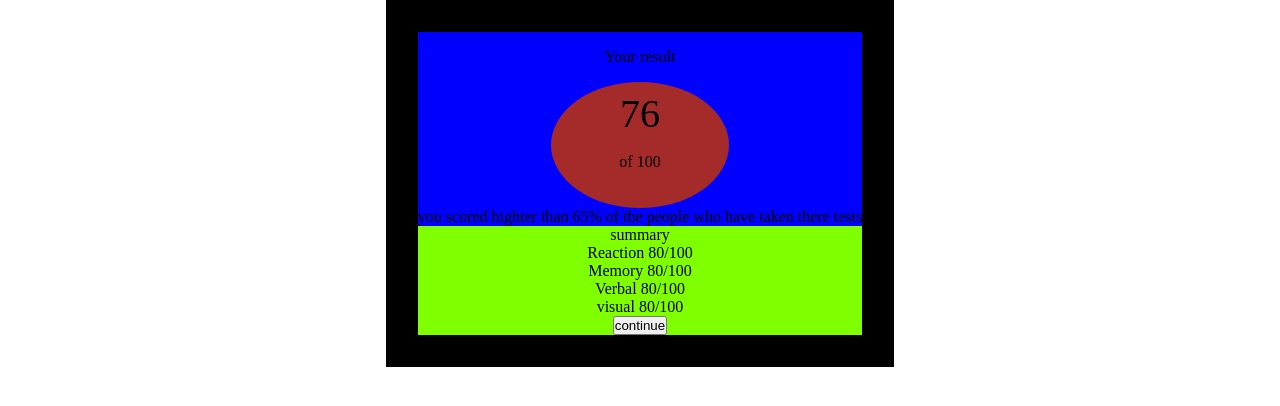
Repository: rahanwz/Card2-raha
Page: card2.html
These files come from the project's save history. The page is drawn as it stood at one moment and after the next save; the edit follows.
The browser window is 1280 px wide. The pictures show the whole page.

Above is the page before, as saved 2024-02-19 23:31:44.

After the next save:
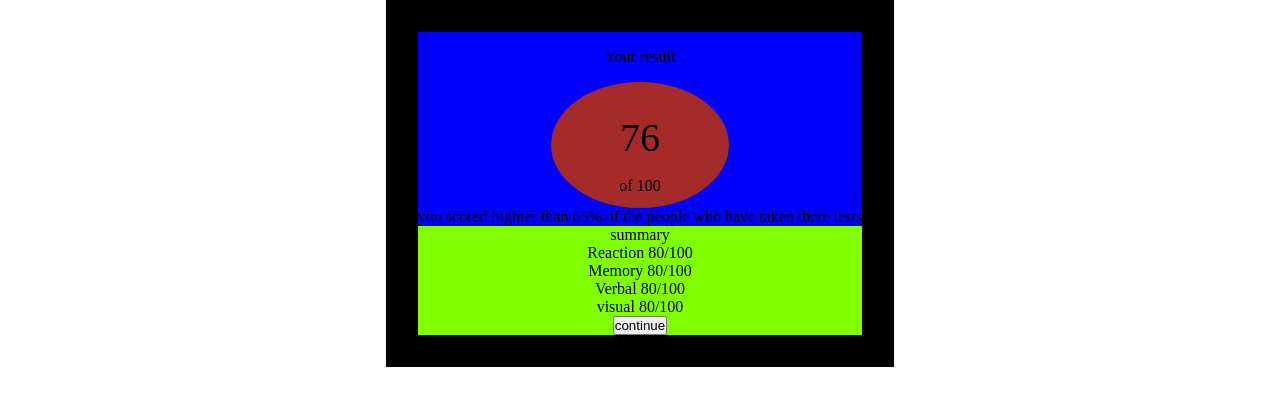
Saved 8 s later.
--- a/card2.css
+++ b/card2.css
@@ -23,7 +23,7 @@ body {
 }
 .present :first-child {
   font-size: 2.5rem;
-  padding-top: .5rem;
+  padding-top: 2rem;
 }
 
 .present {
